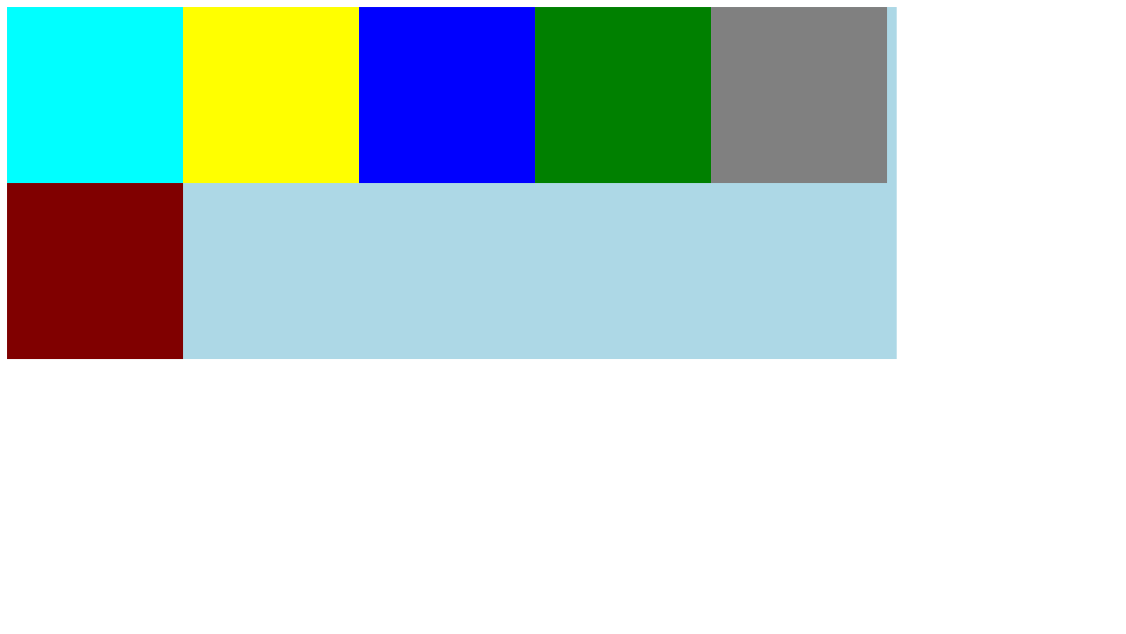
Repository: Sayan-100/Javascript
Page: PR4/index.html
An editor plug-in stored every save of this project. The page is shown before and after the next save, followed by the edit.
The browser window is 1280 px wide. The pictures show the whole page, at 88% of full size.

Above is the page before, as saved 2022-01-10 12:25:55.

After the next save:
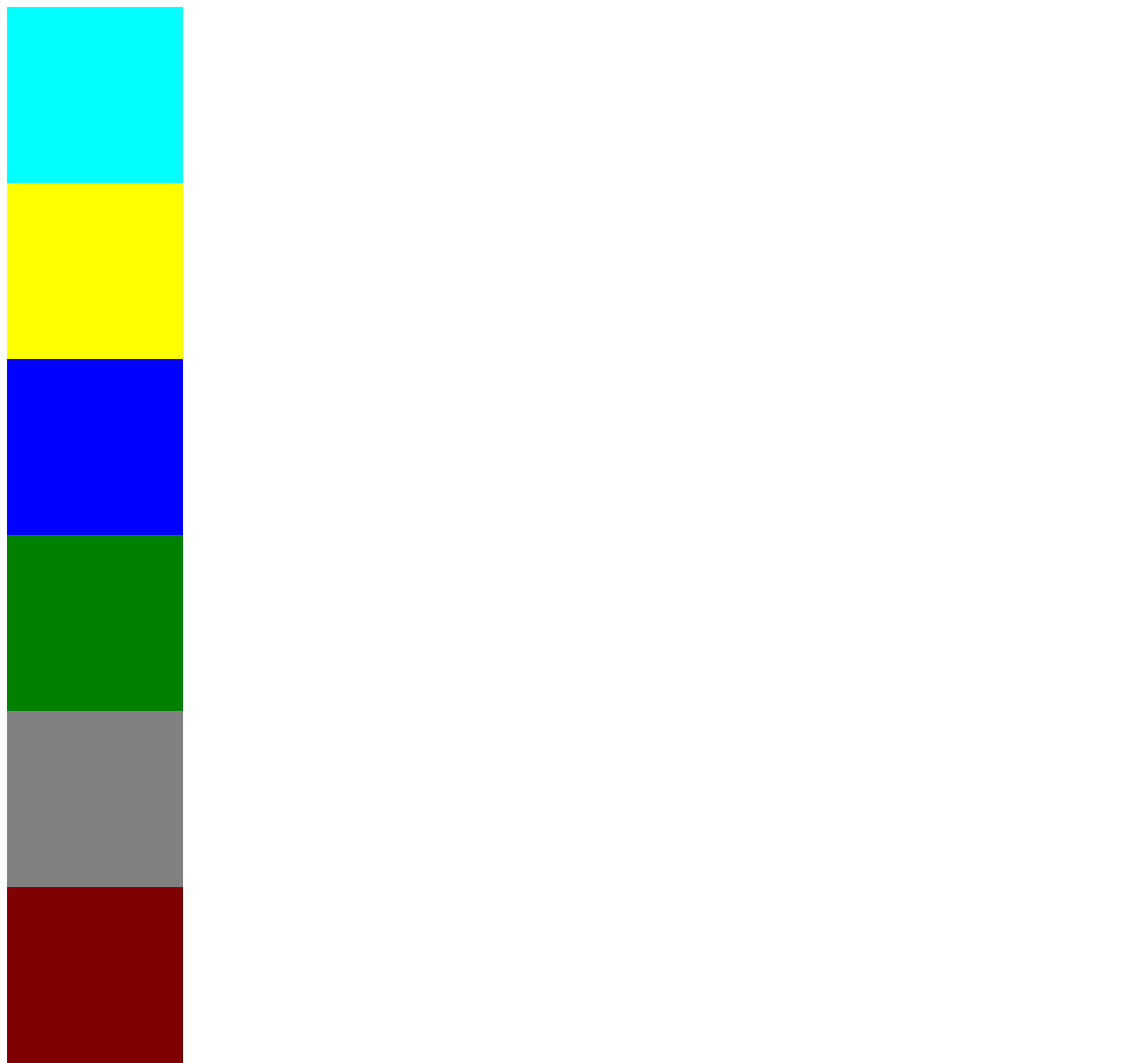
Saved 18 s later.
--- a/PR4/style.css
+++ b/PR4/style.css
@@ -30,8 +30,6 @@
 #container {
     display: flex;
     justify-content: space-arround;
-    height: auto;
-    width: 80%;
     background-color: lightblue;
     flex-wrap: wrap;
 }
